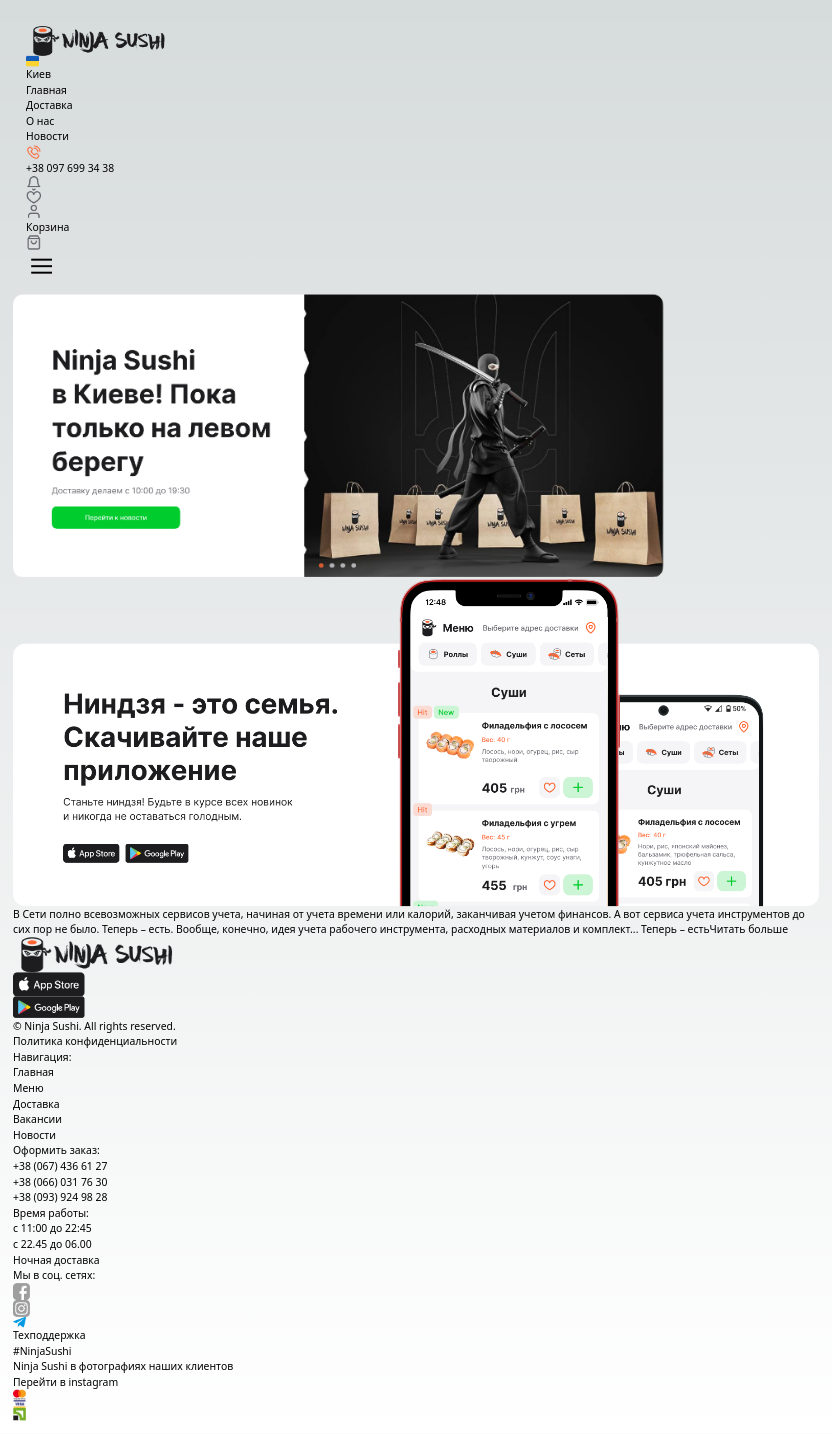
Repository: shokirovG/loyiha
Page: /News
The author's editor kept a copy of each file at every save. The page is drawn from the files as they stood at one save, then again after the next save.
The browser window is 1280 px wide. The pictures show the whole page, at 65% of full size.
The project was rebuilt for these pictures with package versions that can differ from the ones it lists, and the page was loaded fresh each time. The framework's server and built-in components were replaced by stand-ins that run in the browser. Also part of the build but not shown: next.config.js, Components/Categories.jsx, Components/OpenNav.jsx.

Above is the page before, as saved 2023-07-01 13:15:04.

### pages/News.jsx
import { Header, Slider } from "@/Components";
import Footer from "@/Components/Footer";
import React from "react";

const News = () => {
  return (
    <div className="container p-5">
      <Header />
      <Slider />
      <Footer />
    </div>
  );
};

export default News;

### Components/index.js
export { default as Header } from "./Header";
export { default as Burger } from "./Burger";
export { default as Categories } from "./Categories";
export { default as Slider } from "./Slider";
export { default as OpenNav } from "./OpenNav";

### Components/Footer.jsx
import Image from "next/image";
import Link from "next/link";
import React from "react";

const Footer = () => {
  return (
    <div className="bigOne w-[100%] min-h-[160vh] gap-[50px] text-[16px] text-[#9E9E9E] flex flex-col justify-between mt-10">
      <Image src={"/imgs/play.png"} width={1500} height={644} />
      <p className="paragraph w-[60%] text-center m-auto">
        В Сети полно всевозможных сервисов учета, начиная от учета времени или
        калорий, заканчивая учетом финансов. А вот сервиса учета инструментов до
        сих пор не было. Теперь – есть. Вообще, конечно, идея учета рабочего
        инструмента, расходных материалов и комплект... Теперь – есть
        <span className="float-right text-[#00CC2D] mt-2">Читать больше</span>
      </p>
      <div className="footer flex items-center justify-evenly max-w-[100%] bg-white min-h-[376px] rounded-lg">
        <div className="w-[246px] h-[248px] flex flex-col items-center justify-between">
          <div className="w-[246px] h-[156px] flex flex-col items-center justify-around">
            <Image src={"/imgs/logo.png"} width={246} height={59} />
            <div className="w-[246px] flex justify-around">
              <Image src={"/imgs/appstore.png"} width={110} height={37} />
              <Image src={"/imgs/google.png"} width={110} height={37} />
            </div>
            <span className="text-[14px]">
              © Ninja Sushi. All rights reserved.
            </span>
          </div>
          <span className="text-[14px] text-[#1D1D1F] font-[500]">
            Политика конфиденциальности
          </span>
        </div>
        <div className="footer_items max-w-[754px] min-h-[184px] flex justify-between gap-10 mb-5">
          <ul className="flex flex-col gap-[5px] w-[101px] h-[100%]">
            <li className="text-[14px] text-[#686870]">Навигация:</li>
            <li>
              <Link
                className="text-[16px] text-[#1D1D1F] font-[500]"
                href={"/"}
              >
                Главная
              </Link>
            </li>
            <li>
              <Link
                className="text-[16px] text-[#1D1D1F] font-[500]"
                href={"#"}
              >
                Меню
              </Link>
            </li>
            <li>
              <Link
                className="text-[16px] text-[#1D1D1F] font-[500]"
                href={"#"}
              >
                Доставка
              </Link>
            </li>
            <li>
              <Link
                className="text-[16px] text-[#1D1D1F] font-[500]"
                href={"#"}
              >
                Вакансии
              </Link>
            </li>
            <li>
              <Link
                className="text-[16px] text-[#1D1D1F] font-[500]"
                href={"#"}
              >
                Новости
              </Link>
            </li>
          </ul>

          <ul className="w-[168px] h-[120px] flex flex-col items-start gap-[5px]">
            <li className="text-[14px] text-[#686870]">Оформить заказ:</li>
            <li>
              <Link
                className="text-[16px] text-[#1D1D1F] font-[500]"
                href={"/"}
              >
                +38 (067) 436 61 27
              </Link>
            </li>
            <li>
              <Link
                className="text-[16px] text-[#1D1D1F] font-[500]"
                href={"#"}
              >
                +38 (066) 031 76 30
              </Link>
            </li>
            <li>
              <Link
                className="text-[16px] text-[#1D1D1F] font-[500]"
                href={"#"}
              >
                +38 (093) 924 98 28
              </Link>
            </li>
          </ul>

          <ul className="w-[137px] h-[120px] flex flex-col items-start gap-[5px]">
            <li className="text-[14px] text-[#686870]">Время работы:</li>
            <li>
              <Link
                className="text-[16px] text-[#1D1D1F] font-[500]"
                href={"/"}
              >
                с 11:00 до 22:45
              </Link>
            </li>
            <li>
              <Link
                className="text-[16px] text-[#1D1D1F] font-[500]"
                href={"#"}
              >
                с 22.45 до 06.00
              </Link>
            </li>
            <li className="text-[14px] text-[#686870]">Ночная доставка</li>
          </ul>

          <div className="w-[174px] h-[120px] flex flex-col gap-[12px]">
            <span>Мы в соц. сетях:</span>
            <div className="flex w-[64px] h-[26px] justify-between">
              <Image src={"/imgs/face.png"} width={26} height={26} />
              <Image src={"/imgs/insta.png"} width={26} height={26} />
            </div>
            <button className="w-[160px] h-[40px] bg-[#F5F5F7] rounded-lg flex justify-around items-center p-[12px]">
              <Image src={"/imgs/telegram.png"} width={20} height={16} />
              <Link
                className="text-[#039BE5] text-[16px] font-mono font-[500]"
                href={"#"}
              >
                Техподдержка
              </Link>
            </button>
          </div>
        </div>
        <div className="others w-[246px] min-h-[248px] flex flex-col justify-between pt-[20px] items-center">
          <div className="w-[246px] h-[194] gap-[5px] flex flex-col">
            <h1
              className="title text-[42px] text-[#1D1D1F] font-[700]"
              id="title"
            >
              #NinjaSushi
            </h1>
            <p className="text-[#9E9E9E] text-[16px] line-[24px]" id="texts">
              Ninja Sushi в фотографиях наших клиентов
            </p>
            <button
              id="button"
              className="w-[246px] h-[56px] bg-[#F5F5F7] rounded-[12px] text-[#00CC2D] font-[500] text-[16px] font-[Inter]"
            >
              <Link href={"https://www.instagram.com/bektoshevich_01/"}>
                Перейти в instagram
              </Link>
            </button>
          </div>
          <div className="flex w-[105px] h-[18px] justify-around">
            <Image src={"/imgs/master.png"} width={20} height={16} />
            <Image src={"/imgs/visa.png"} width={20} height={16} />
            <Image src={"/imgs/pg.png"} width={20} height={16} />
          </div>
        </div>
      </div>
    </div>
  );
};

export default Footer;

### Components/Header.jsx
"use client";

import React from "react";
import Image from "next/image";
import { Burger } from ".";
import Link from "next/link";

const Header = () => {
  return (
    <header className="sm:w-auto p-5 md:flex lg:flex xl:flex items-center w-screen justify-around h-24 bg-white mb-[16px]">
      <div className="w-52 h-12">
        <Link href="/" className="">
          <Image src="/imgs/logo.PNG" alt="logo" width={214} height={48} />
        </Link>
      </div>
      <div className="w-3/4 sm:flex md:flex md:items-center md:justify-between lg:flex lg:items-center lg:justify-between">
        <ul className="lg:flex xl:flex md:flex 2xl:flex items-center w-3/6 justify-between gap-12 md:gap-2 lg:gap-12">
          <li className="flex w-20 justify-between items-center g-4 h-3">
            <Image src="/imgs/flag.PNG" alt="logo" width={20} height={2} />
            <a href="#" className="ml-2">
              Киев
            </a>
          </li>
          <li className="">
            <a href="#" className="">
              Главная
            </a>
          </li>
          <li className="">
            <a href="#" className="">
              Доставка
            </a>
          </li>
          <li className="w-12 flex">
            <a href="#" className="w-12">
              О нас
            </a>
          </li>
          <li className="">
            <a href="#" className="">
              Новости
            </a>
          </li>
          <li className="flex items-center">
            <a href="#" className="w-48 justify-around flex items-center">
              <Image src="/imgs/tel.PNG" alt="logo" width={24} height={24} />
              <span>+38 097 699 34 38</span>
            </a>
          </li>
        </ul>
        <div className="flex items-center w-80 h-14">
          <div className="flex w-12 border items-center justify-center h-12 rounded-lg">
            <Image src="/imgs/bell.PNG" alt="logo" width={24} height={24} />
          </div>
          <div className="flex w-12 border items-center ml-2 justify-center h-12 rounded-lg">
            <Image src="/imgs/like.PNG" alt="logo" width={24} height={24} />
          </div>
          <div className="flex w-12 border items-center ml-2 justify-center h-12 rounded-lg">
            <Image src="/imgs/person.PNG" alt="logo" width={24} height={24} />
          </div>
          <div className="flex w-32 justify-around ml-2 border items-center h-12 rounded-lg">
            <span>Корзина</span>
            <Image src="/imgs/cart.PNG" alt="logo" width={24} height={24} />
          </div>
        </div>
      </div>

      <Burger />
    </header>
  );
};
export default Header;

### Components/Burger.jsx
"use client";

import Hamburger from "hamburger-react";
import React, { useState } from "react";
import { OpenNav } from ".";

const Burger = () => {
  const [isOpen, settOpen] = useState(false);
  return (
    <div className="burger">
      <Hamburger toggled={isOpen} toggle={settOpen} />
      {isOpen ? <OpenNav /> : null}
    </div>
  );
};

export default Burger;

### Components/Slider.jsx
"use client";

import Image from "next/image";
import React, { useRef, useState } from "react";
import { Swiper, SwiperSlide } from "swiper/react";
import "swiper/css";
import "swiper/css/pagination";

import { Pagination } from "swiper";

export default function Slider() {
  return (
    <>
      <Swiper
        pagination={true}
        modules={[Pagination]}
        className="mySwiper h-[686px] w-[100%] mt-10"
      >
        <SwiperSlide>
          <Image src="/imgs/slide.png" width={1000} height={686} />
        </SwiperSlide>
        <SwiperSlide>
          <Image src="/imgs/slide.png" width={1000} height={686} />
        </SwiperSlide>
        <SwiperSlide>
          <Image src="/imgs/slide.png" width={1000} height={686} />
        </SwiperSlide>
        <SwiperSlide>
          <Image src="/imgs/slide.png" width={1000} height={686} />
        </SwiperSlide>
      </Swiper>
    </>
  );
}

Loaded but not shown: pages/_app.js (common file); pages/_document.js (common file); styles/globals.css (common file); tailwind.config.js (common file)

After the next save:
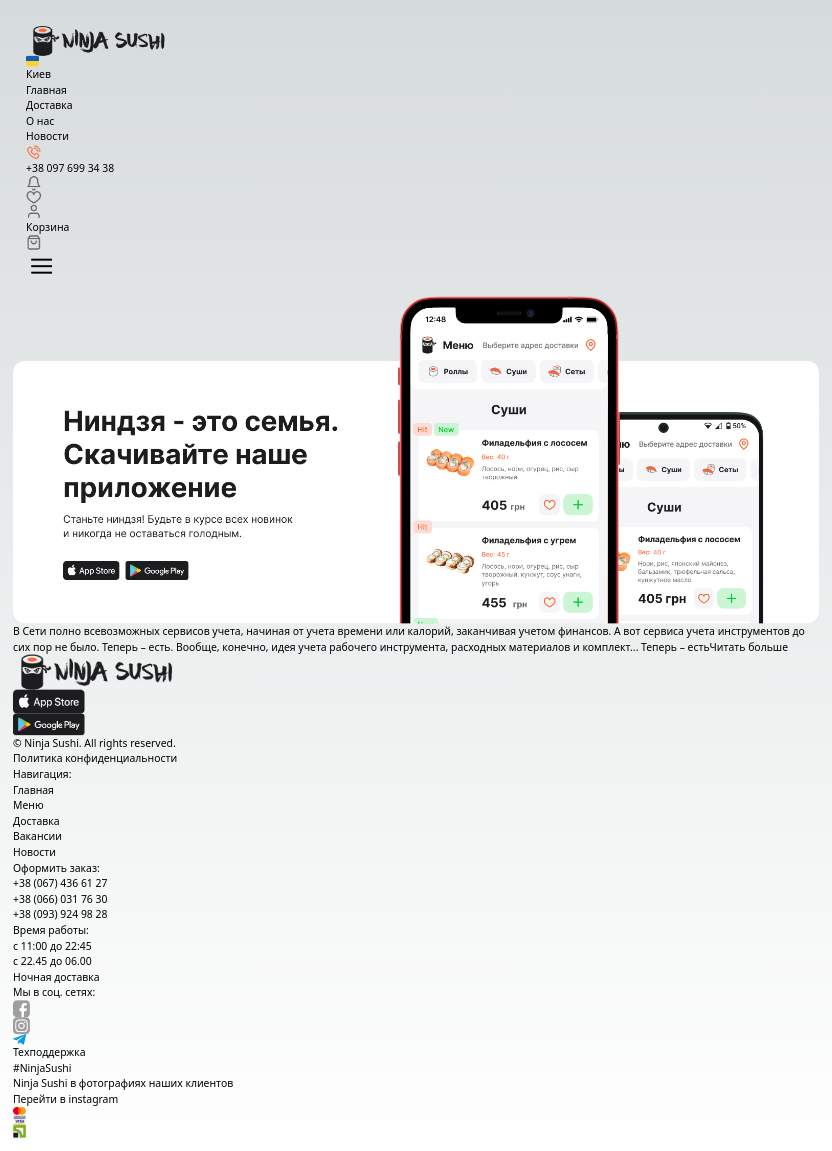
Saved 18 s later.
--- a/Components/Slider.jsx
+++ b/Components/Slider.jsx
@@ -17,16 +17,16 @@
         className="mySwiper h-[686px] w-[100%] mt-10"
       >
         <SwiperSlide>
-          <Image src="/imgs/slide.png" width={1000} height={686} />
+          {/* <Image src="/imgs/slide.png" width={1000} height={686} /> */}
         </SwiperSlide>
         <SwiperSlide>
-          <Image src="/imgs/slide.png" width={1000} height={686} />
+          {/* <Image src="/imgs/slide.png" width={1000} height={686} /> */}
         </SwiperSlide>
         <SwiperSlide>
-          <Image src="/imgs/slide.png" width={1000} height={686} />
+          {/* <Image src="/imgs/slide.png" width={1000} height={686} /> */}
         </SwiperSlide>
         <SwiperSlide>
-          <Image src="/imgs/slide.png" width={1000} height={686} />
+          {/* <Image src="/imgs/slide.png" width={1000} height={686} /> */}
         </SwiperSlide>
       </Swiper>
     </>
